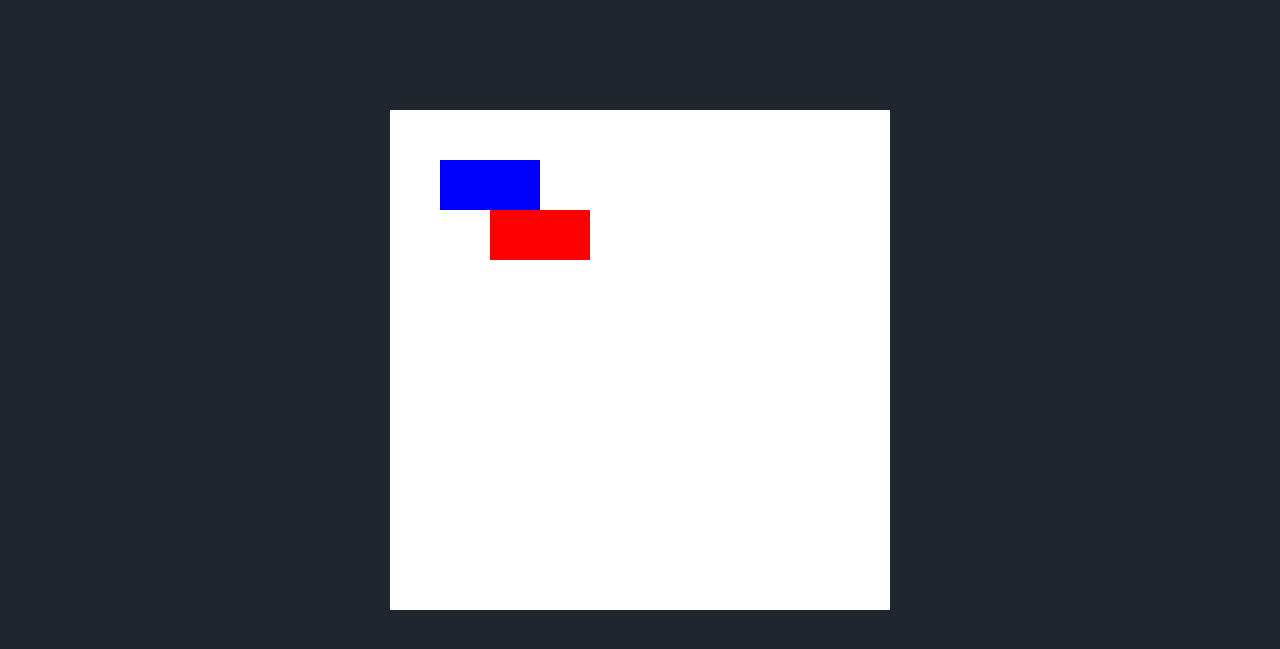
Repository: thecodeholic/cst-javascript-course
Page: /
The author's editor kept a copy of each file at every save. The page is drawn from the files as they stood at one save, then again after the next save.
The browser window is 1280 px wide. The pictures show the whole page.
The project was rebuilt for these pictures with package versions that can differ from the ones it lists, and the page was loaded fresh each time.

Above is the page before, as saved 2020-11-25 10:38:09.

### index.html
<!doctype html>
<html lang="en">
  <head>
    <!-- Required meta tags -->
    <meta charset="utf-8">
    <meta name="viewport" content="width=device-width, initial-scale=1, shrink-to-fit=no">

    <!-- Bootstrap CSS -->
    <link rel="stylesheet" href="https://stackpath.bootstrapcdn.com/bootstrap/4.5.2/css/bootstrap.min.css" integrity="sha384-JcKb8q3iqJ61gNV9KGb8thSsNjpSL0n8PARn9HuZOnIxN0hoP+VmmDGMN5t9UJ0Z" crossorigin="anonymous">

    <title>Javascript Course</title>

    <link rel="stylesheet" href="app.css">
  </head>
  <body>
    <canvas id="myCanvas" width="500" height="500">Your browser does not support canvas</canvas>
    <script src="app.js"></script>
    <!-- <script src="homework.js"></script> -->
  </body>
</html>

### app.css
* {
    box-sizing: border-box;
}
html {
    height: 100%;
}

body {
    background-color: rgb(31, 38, 48);
    display: flex;
    align-items: center;
    justify-content: center;
    height: 100%;;
}

canvas {
    background-color: #FFF;

}

### app.js
// What is canvas?
// https://developer.mozilla.org/en-US/docs/Web/API/Canvas_API/Tutorial
// https://www.w3schools.com/html/html5_canvas.asp
// https://www.w3schools.com/graphics/canvas_intro.asp
// https://www.w3schools.com/graphics/canvas_reference.asp
// https://developer.mozilla.org/en-US/docs/Web/API/Canvas_API

// How to create it and use it
const canvas = document.getElementById('myCanvas');
const ctx = canvas.getContext('2d');

// Draw rectangles
// =================
// fillRect
ctx.fillStyle = 'blue';
ctx.fillRect(50, 50, 100, 50);

// ctx.translate(100, 100)
// ctx.rotate(degToRad(20))
ctx.translate(100, 100);
ctx.fillStyle = 'red';
ctx.fillRect(0, 0, 100, 50);

function degToRad(deg) {
    return (Math.PI/180) * deg;
}

// // strokeRect
// ctx.strokeStyle = 'green';
// ctx.lineWidth = 4;
// ctx.strokeRect(200, 50, 100, 50);

// // clearRect
// ctx.clearRect(55, 55, 90, 40);

// // fillText
// ctx.font = '36px Arial';
// ctx.fillStyle = 'purple';
// ctx.fillText("Hello World", 200, 200)

// // strokeText
// ctx.lineWidth = 1;
// ctx.strokeText("Hello World", 200, 250);

// // Paths   beginPath, moveTo, lineTo, closePath, stroke, fill
// // ==============
// ctx.beginPath();
// ctx.moveTo(200, 300);
// ctx.lineTo(300, 300);
// ctx.lineTo(300, 400);
// ctx.closePath();
// ctx.stroke();

// // Arcs
// // ====================
// ctx.beginPath();
// ctx.lineWidth = 4;
// ctx.arc(100, 300, 50, 0, 2 * Math.PI);
// ctx.stroke();

// ctx.beginPath();
// ctx.moveTo(75, 25);
// ctx.quadraticCurveTo(25, 25, 25, 62.5);
// ctx.quadraticCurveTo(25, 100, 50, 100);
// ctx.quadraticCurveTo(50, 120, 30, 125);
// ctx.quadraticCurveTo(60, 120, 65, 100);
// ctx.quadraticCurveTo(125, 100, 125, 62.5);
// ctx.quadraticCurveTo(125, 25, 75, 25);
// ctx.stroke();

// Draw image
// ====================
// const image = new Image();
// image.src = 'char.png';
// image.onload = function() {
//     canvas.width = 100;
//     canvas.height = 100;
//     ctx.drawImage(image, 0, 0);
//     const data = ctx.getImageData(130, 130, 30, 30);
//     console.log(data);
//     ctx.putImageData(data, 200, 200);
// }

// Write text
// ====================

// Ball animation
// const ball = {
//     x: 100,
//     y: 100,
//     r: 20,
//     dx: 0,
//     dy: 0
// };


// function clear(){
//     ctx.clearRect(0, 0, canvas.width, canvas.height)
// }

// function drawBall() {
//     clear();
//     ctx.beginPath();

//     if (ball.x + ball.r >= canvas.width || ball.x - ball.r <= 0) {
//         ball.dx *= -1;
//     }
//     if (ball.y + ball.r >= canvas.height || ball.y - ball.r <= 0) {
//         ball.dy *= -1;
//     }

//     ctx.arc(ball.x, ball.y, ball.r, 0, 2 * Math.PI);
//     ctx.fillStyle = 'green'
//     ctx.fill();

//     ball.x += ball.dx;
//     ball.y += ball.dy;
// }

// function update() {
//     drawBall();

//     requestAnimationFrame(update);
// }

// document.addEventListener('keydown', function(ev) {
//     console.log(ev);
//     if (ev.key === 'ArrowRight') {
//         ball.dx = 3;
//     } else if (ev.key === 'ArrowLeft') {
//         ball.dx = -3;
//     } else if (ev.key === 'ArrowUp') {
//         ball.dy = -3;
//     } else if (ev.key === 'ArrowDown') {
//         ball.dy = 3;
//     }

// });

// document.addEventListener('keyup', function() {
//     ball.dx = 0;
//     ball.dy = 0;
// })

// update();

Loaded but not shown: src/index.js (no copy from this time; the picture is the same without it)

After the next save:
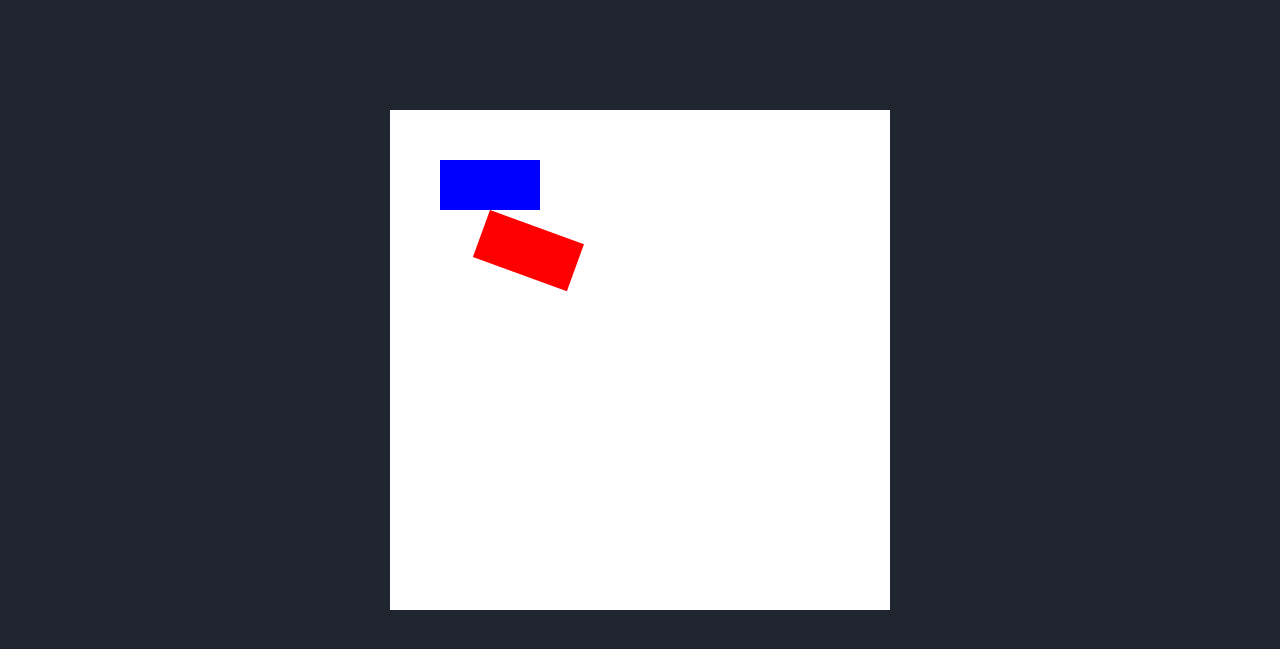
Saved 20 s later.
--- a/app.js
+++ b/app.js
@@ -15,9 +15,9 @@ const ctx = canvas.getContext('2d');
 ctx.fillStyle = 'blue';
 ctx.fillRect(50, 50, 100, 50);
 
-// ctx.translate(100, 100)
-// ctx.rotate(degToRad(20))
+
 ctx.translate(100, 100);
+ctx.rotate(degToRad(20))
 ctx.fillStyle = 'red';
 ctx.fillRect(0, 0, 100, 50);
 
